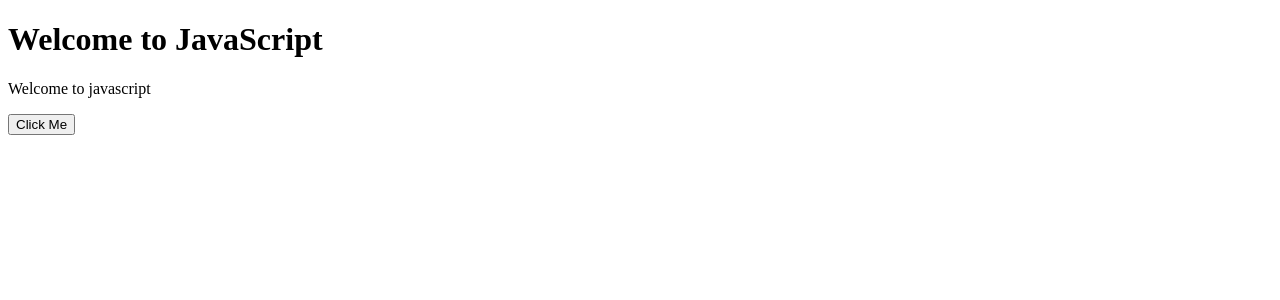
Repository: shriguru-varshini/CarRental
Page: shop/src/main/resources/static/index.html
An editor plug-in stored every save of this project. The page is shown before and after the next save, followed by the edit.
The browser window is 1280 px wide. The pictures show the whole page.

Above is the page before, as saved 2025-02-28 10:20:51.

### shop/src/main/resources/static/index.html
<!--
<!DOCTYPE html>
<html>

	<head>
	<title>Online Book Shop</title>
    <link rel="stylesheet" type="text/css" href="style.css">
    </head>

 <body>

<table>
  <tr>
    <th>BookID</th>
    <th>Title</th>
    <th>Author</th>
    <th>Price</th>
  </tr>
  <tr>
    <td>1</td>
    <td>It ends with us</td>
    <td>Colleen Hoover</td>
    <td>300.00</td>
  </tr>
  <tr>
    <td>2</td>
    <td>Atomic Habits</td>
    <td>James Clear</td>
    <td>400.00</td>
  </tr>
  <tr>
    <td>3</td>
    <td>To Kill a Mockingbird</td>
    <td>Harper Lee</td>
    <td>700.00</td>
  </tr>
</table>

 <h2>Book Registration Form</h2>
    <form>
        <label for="bookName">Book Name:</label><br>
        <input type="text" id="bookName" name="bookName"><br><br>
        <label for="author">Author:</label><br>
        <input type="text" id="author" name="author"><br><br>
        <label for="price">Price:</label><br>
        <input type="text" id="price" name="price"><br><br>
        <button type="submit">Add Book</button>
    </form>
 </body>

</html>
-->
<!--
<!DOCTYPE html>
<html lang="en">
<head>
 <title> JavaScript</title>
</head>
<body>
 <h1> Welcome to JavaScript</h1>
</body>
<script>

function example(){

	let a =5 , b= 3;
	console.log(a**b);

	let y=5;
	console.log( "5"== y);
	console.log("5" === y);
	console.log("5" != y);
	console.log("5" !== y);

	console.log(5>3 && 2>5);
	console.log(5>3 || 5>2);
	console.log(!(5 > 3));

	let name ="Varshini"
	console.log("Hello,"+name+"welcome");


	let name1 ="Varshini";
	console.log("Hello, ${name1} welcome");

	let text = "This is line1. \n" + "This is line2.";
	console.log(text);

	let text1 = `This is line1.
		This is line2.`;
	console.log(text1);

	let product = "Laptop";
	let price = 55000;
	console.log(`The price of ${product} is ${price}`);

	//string , array
	let text3 = "JavaScript Learning... "
	console.log(text3.length);
	console.log(text3.toUpperCase());
	console.log(text3.toLowerCase());
	console.log(text3.trim());

	//text3 = "Hello JavaScript";
	//console.log(text3,slice(2,4));
	//console.log(text3,replace("Java","Type"));

	let textArray = "value1, value2, value3";
    console.log(textArray.split(", "));

    let numbers =[10,20,30,40,50]
    let gadgets =["Laptop","Smartphone","TV"]

    console.log(gadgets[2]);
    console.log(gadgets.push("Earphone"));
    console.log(gadgets.pop());
    console.log(gadgets.shift());
    console.log(gadgets.unshift("Mic"));

    console.log(gadgets.indexOf("Smartphone"));
    console.log(gadgets.includes("Earphone"));

    console.log(gadgets.slice(1, 2));
    console.log(gadgets.splice(1, 2));
    console.log(gadgets.reverse());
    console.log(gadgets.sort());

    gadgets.forEach((gadget) => console.log(gadget));

    let squarednumbers = numbers.map(num => num*num);
    console.log(squarednumbers);

    let person ={

    		name1 : "Varshini",
    		age :25,
    		city :"Jaipur",
    		hasVoterCard : true
    	};
    console.log(person);

    person.city ="New Delhi";
    person.age = 26;
    console.log(person);

    delete person.hasVoterCard;
    console.log(person);

    let user = {
    	      name: " Shri Guru Varshini",
    	      greet() {
    	    	console.log(`Hello, my name is ${this.name}`);
    	      }
    	    };
    	    user.greet();

    let person1 = {
    	            name4: "GURU",
    	            age4: 24,
    	            city4: "HD"
    	        };
    let { name4, age4, city4 } = person1;
    console.log(name4);
    console.log(age4);
    console.log(city4);



    let obj1 ={ a:12 , b:15};
    let obj2 ={ ...obj1 , c:20};
	console.log(obj1);
	console.log(obj2);

	let userD ={name :"varshini",age : 25};
	let userLoc ={city :"Chennai",country:"India"};

	let userAll ={...userD, userLoc};
	console.log(userAll);

	if (userAll.age > 25) {
        console.log("Employee is older than 25");
    }
    	else {
            console.log("Employee is not older than 25");
        }
    // Basic for loop
    for (let i = 0; i < 5; i++) {
        console.log(`For loop iteration: ${i}`);
    }

    // Basic for-in loop
    for (let key in person1) {
        console.log(`Key: ${key}, Value: ${person1[key]}`);
    }

    // Basic for-of loop
    let skills = ["JavaScript", "HTML", "CSS"];
    for (let skill of skills) {
        console.log(`Skill: ${skill}`);
    }

    // Basic while loop
    let count = 0;
    while (count < 3) {
        console.log(`While loop count: ${count}`);
        count++;
    }

    // Basic do-while loop
    let num = 0;
    do {
        console.log(`Do-while loop number: ${num}`);
        num++;
    } while (num < 3);


	const add = function(a,b){
		return a+b;
		}
	console.log(add(4,5));

	const multiply = (x,y) => x*y;
	console.log(multiply(12,23));

	const cube =x =>x*x*x;
	console.log(cube(5));

	const greet = (name) =>{
		let message = "Hello,${name},Welcome";
		return message;
	}

    console.log(greet("Varshini "));

    function operate (num1,num2 , operation){
    	return operation(num1,num2);
    }

    const multiply1 =(x,y)=>x*y;
    const add1=(x,y) =>x+y;

    console.log(operate(12,15,add1));
    console.log(operate(12,15,multiply1));

    function greeting(message) {
        return function(name) {
            console.log(`${message}, ${name}`);
        };
    }
    const msg = greeting("Hello");

    msg("Hello Varshini");

}
example();
const cartItems = [
    { name: "Laptop", price: 55000, quantity: 1 },
    { name: "Smartphone", price: 30000, quantity: 2 },
    { name: "Headphones", price: 3000, quantity: 3 }
];

function generateReceipt(cart) {
    let total = 0;

    console.log("Receipt:");
    console.log("------------------------------");

    cart.forEach(item => {
        const itemTotal = item.price * item.quantity;
        console.log(`${item.name} - Price: ${item.price}, Quantity: ${item.quantity}, Total: ${itemTotal}`);
        total += itemTotal;
    });

    console.log("------------------------------");
    console.log("Total Price: ${total}");
}

generateReceipt(cartItems);

const hotelRooms = [
     { type: "Standard", price: 5000, available: true },
     { type: "Deluxe", price: 7000, available: true },
     { type: "Premium", price: 10000, available: true },
     { type: "Luxury", price: 15000, available: false }
];

function findAvailableRooms(rooms, minPrice, maxPrice) {
     return rooms
         .filter(room => room.price >= minPrice && room.price <= maxPrice && room.available)
         .map(room => ({
             type: room.type,
             price: room.price
         }));
}

const availableRooms = findAvailableRooms(hotelRooms, 5000, 10000);
console.log(availableRooms);

const StudentData = [
	{
		name :"Shri",
		marks :{Maths :90 , Science :95,Computer :95}
	},
	{
		name :"Varshini",
		marks :{Maths :92 , Science :85,Computer :90}
	},
	{
		name :"Guru",
		marks :{Maths :97 , Science :75,Computer :95}
	}
];


//Function to generate report card for a student
function generateReportCard(student) {
 let { name, marks } = student;
 let totalMarks = marks.Maths + marks.Science + marks.Computer;
 let averageMarks = totalMarks / 3;
 let percentage = (totalMarks / 300) * 100;

 console.log(`Report card for ${name}:`);
 console.log(`Total marks: ${totalMarks}`);
 console.log(`Average marks: ${averageMarks}`);
 console.log(`Percentage: ${percentage}%`);
}

//Generating report cards for all students
StudentData.forEach(student => generateReportCard(student));

</script>
</html>
-->
<!DOCTYPE html>
<html lang="en">
<head>
 <title> JavaScript</title>
</head>
<body>
 <h1 id='heading'> Welcome to JavaScript</h1>
 <p class="message"> Welcome to javascript </p>
 <button id='btn'>Click Me</button>
</body>
<script>type="module",src="app.js"

	/*function fetchData(callback) {
    	 console.log("fetching data----------");
        setTimeout(() => {
            let data = { name: "Varshini", age: 24 };
            callback(data);
        }, 3000);
    }

    function fetchData() {
        	return new Promise((resolve, reject) => {
        		console.log("fetching data----------");
            	setTimeout(() => {
            		let success =true;
            		if(success){
                		resolve({ name: "Varshini", age: 24 });
            		}
            		else {
            			reject("Error : Failed to fetch data");
            		}
            }, 3000);
        });
    }

    fetchData()
	.then(data => {
	    console.log("Processing data------",data);
	    return {...data, city:"Madurai"};
	})
	.then((updatedData) => {
		 console.log("Processing updated data------",updatedData);
	})
	.catch(error => {
 	   console.error(error);
	});*/
   /* function processData(data) {
        console.log("Processing data....", data);
    }

    fetchData(processData);

    function fetchData() {
        	return new Promise((resolve, reject) => {
        		console.log("fetching data----------");
            	setTimeout(() => {
            		let success =true;
            		if(success){
                		resolve({ name: "Varshini", age: 21 });
            		}
            		else {
            			reject("Error : Failed to fetch data");
            		}
            }, 3000);
        });
    }

    //using the promise

    async function getData(){
    	console.log("Fetching data ...");
    	try{
    		let data = await fetchData();
    		console.log("Processing data : ",data);
    		let updatedData = { ...data, city: "ND" };
	        console.log("Processing updated data...", updatedData);
	    }
    	catch(error){
    		console.log("Error :",error);
    	}
    }
    getData();

   function fetchUserData() {
    	//make the GET request
    	fetch("https://jsonplaceholder.typicode.com/users")
    		.then((response) => {
    			if(!response.ok){
    				throw new Error(`http error : status : ${response.status}`);
    			}
    			return response.json();
    		})
    		.then((data) => {
    			console.log("Users Data : ", data);
    		})
    		.catch((error) => {
    			console.log("Error : ", error);
    		});
    }
    fetchUserData();
    /*
    async function fetchUserData() {
        try {
            const response = await fetch("https://jsonplaceholder.typicode.com/users");

            if (!response.ok) {
                throw new Error(`HTTP error: status: ${response.status}`);
            }

            const data = await response.json();
            console.log("Users Data: ", data);
        } catch (error) {
            console.log("Error: ", error);
        }
    }

    fetchUserData();

    async function fetchUserData(id) {
        try {
            const response = await fetch(`https://jsonplaceholder.typicode.com/users/${id}`);

            if (!response.ok) {
                throw new Error(`HTTP error: status: ${response.status}`);
            }

            const data = await response.json();
            console.log("Users Data: ", data);
        } catch (error) {
            console.log("Error: ", error);
        }
    }

    fetchUserData(7);

    async function fetchAllUsers(userIds) {
	    try {
	        // array of fetch Promises
	        let userPromises = userIds.map((id) =>
	            fetch(`https://jsonplaceholder.typicode.com/users/${id}`)
	                .then((response) => {
	                    if (!response.ok) {
	                        throw new Error(`http error: status: ${response.status}`);
	                    }
	                    return response.json();
	                })
	        );
	        let users = await Promise.all(userPromises);

	        console.log("Success: All user data fetched", users);
	    } catch (error) {
	        console.error("Error:", error);
	    }
	}
	fetchAllUsers([5,7,19]);

	//Function to create a new user (POST request)
	function createUser(newUser) {
	    fetch("https://jsonplaceholder.typicode.com/users", {
	        method: "POST",
	        headers: {
	            "Content-Type": "application/json"
	        },
	        body: JSON.stringify(newUser)
	    })
	    .then(response => response.json())
	    .then(data => {
	        console.log("User created:", data);
	    })
	    .catch(error => {
	        console.error("Error:", error);
	    });
	}

	// Example usage of createUser function
	let user = { name: "Varshini", email: "abc@gmail.com" };
	createUser(user);
	fetchUserData();

	async function deleteUser(userId) {
        try {
            let confirmation = window.confirm("You want to delete?");
            if (!confirmation) {
                console.log("Deletion canceled.");
                return;
            }

            const response = await fetch("https://jsonplaceholder.typicode.com/users", {
                method: "DELETE"
            });

            if (!response.ok) {
                throw new Error(`HTTP error: status: ${response.status}`);
            }

            console.log(`User with ID: ${userId} deleted.`);
        } catch (error) {
            console.error("Error: ", error);
        }
    }
    deleteUser(19);

    async function updateResourceById(id, updatedData) {
	    try {
	        // Ask for confirmation of the ID
	        const confirmation = window.confirm(`Are you sure you want to update the resource with ID: ${id}?`);

	        if (!confirmation) {
	            console.log("Update canceled");
	            return;
	        }

	        // Perform the PUT request
	        const response = await fetch(`https://jsonplaceholder.typicode.com/users/${id}`, {
	            method: "PUT",
	            headers: {
	                "Content-Type": "application/json",
	            },
	            body: JSON.stringify(updatedData), // Send all fields
	        });

	        if (response.ok) {
	            const data = await response.json();
	            console.log("Resource updated successfully:", data);
	        } else {
	            console.error(`Failed to update resource with ID ${id}`);
	        }
	    } catch (error) {
	        console.error("Error during update:", error);
	    }
	}

	updateResourceById(2, {
	    username: "Varshini",
	    email: "varshini@gmail.com",
	    city: "Chennai",
	    address: "vvk street",
	});
	// Patch method
	async function patchResourceById(id, updatedFields) {
    try {
        // Ask for confirmation of the ID
        const confirmation = window.confirm(`Are you sure you want to update the resource with ID: ${id}?`);

        if (!confirmation) {
            console.log("Update canceled");
            return;
        }


        const response = await fetch(`https://jsonplaceholder.typicode.com/users/${id}`, {
            method: "PATCH",
            headers: {
                "Content-Type": "application/json",
            },
            body: JSON.stringify(updatedFields), // Send only specific fields
        });

        if (response.ok) {
            const data = await response.json();
            console.log("Resource patched successfully:", data);
        } else {
            console.error(`Failed to patch resource with ID ${id}`);
        }
    } catch (error) {
        console.error("Error during patch:", error);
    	}
	}

	patchResourceById(4, {
	    name: "Ashi",
	    city: "New Delhi",
	});

 // Select elements by ID
 const heading = document.getElementById('heading');
 console.log(heading.textContent); // Welcome to J5

 // Select elements by class
 const messages = document.getElementsByClassName('message');

 // Select elements by tag name
 const hiHeadings = document.getElementsByTagName('h1');

 // QuerySelector - finds the first matching element
 const headingSelector = document.querySelector('#heading'); // Select by ID
 const messageSelector = document.querySelector('.message'); // Select by class

 // Modifying DOM Elements

 // Change text content
 headingSelector.textContent = "New Content";

 // Change inner HTML
 const headingP = document.querySelector('.message');
 headingP.innerHTML = "<strong>New Content</strong>";

 // Disable and enable button
 const button = document.querySelector('#btn');
 button.setAttribute('disabled', 'true'); // Disable the button
 // To enable the button, use the line below:
 // button.removeA
     // 3. Event Handling
     if (button) {
         button.removeAttribute("disabled"); // Enable button again
         button.addEventListener("click", () => {
             heading.textContent = "Heading Changed!";
             alert("Button Clicked!");
         });

         // Change background color on mouseover
         button.addEventListener("mouseover", () => {
 button.style.backgroundColor = "lightblue";
         });

         button.addEventListener("mouseout", () => {
 button.style.backgroundColor = "";
         });

         // Keypress event listener
         document.addEventListener("keypress", (event) => {
             console.log("Key Pressed:", event.key);
         });
}*/
</script>
</html>

After the next save:
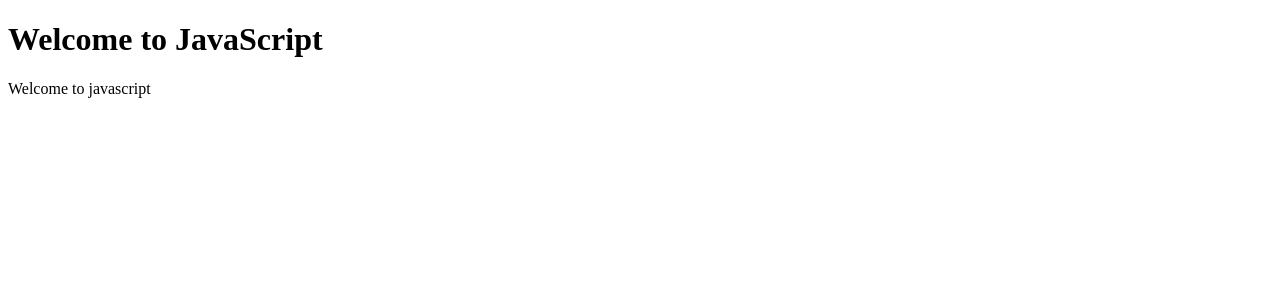
Saved 89 s later.
--- a/shop/src/main/resources/static/index.html
+++ b/shop/src/main/resources/static/index.html
@@ -337,13 +337,16 @@ StudentData.forEach(student => generateReportCard(student));
  <title> JavaScript</title>
 </head>
 <body>
- <h1 id='heading'> Welcome to JavaScript</h1>
- <p class="message"> Welcome to javascript </p>
- <button id='btn'>Click Me</button>
+ <h1 > Welcome to JavaScript</h1>
+ <p > Welcome to javascript </p>
 </body>
 <script>type="module",src="app.js"
 
-	/*function fetchData(callback) {
+	/*
+	<h1 id='heading'> Welcome to JavaScript</h1>
+ 	<p class="message"> Welcome to javascript </p>
+ 	<button id='btn'>Click Me</button>
+	function fetchData(callback) {
     	 console.log("fetching data----------");
         setTimeout(() => {
             let data = { name: "Varshini", age: 24 };
